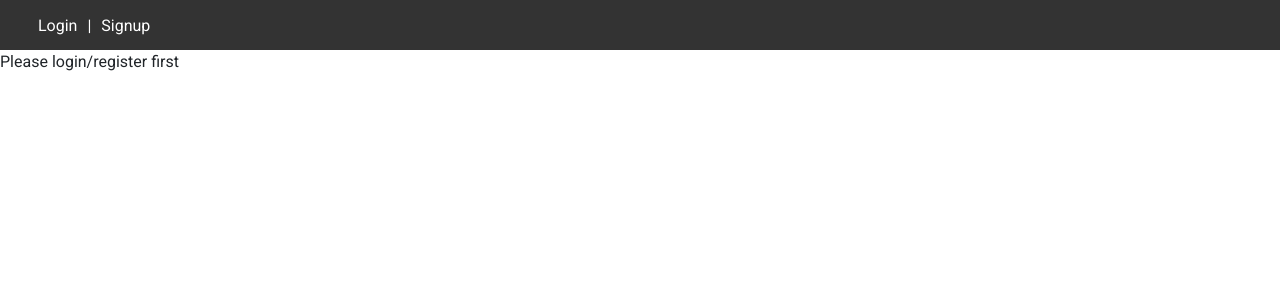
Repository: drumsmanku/task-manager
Page: / (app in client/)
An editor plug-in stored every save of this project. The page is shown before and after the next save, followed by the edit.
The browser window is 1280 px wide. The pictures show the whole page.
The page's requests for data from a server got no answer. The project was rebuilt for these pictures with package versions that can differ from the ones it lists, and the page was loaded fresh each time. No one was signed in, and anything a server would have sent is missing. Also part of the build but not shown: client/src/App.css, client/src/Components/AddTaskPopUp/AddTaskPopUp.module.css, client/src/Components/AddTaskPopUp/AddTaskPopUp.jsx, client/src/Components/EditTaskPopUp/EditTaskPopUp.module.css, client/src/Components/EditTaskPopUp/EditTaskPopUp.jsx, client/src/Components/MainPage/TaskList.jsx, client/src/Components/Register/Register.jsx, client/src/Components/Login/Login.jsx.

Above is the page before, as saved 2024-01-26 15:09:58.

### client/src/App.js
import './App.css';
import { BrowserRouter as Router, Route, Routes} from 'react-router-dom';
import 'bootstrap/dist/css/bootstrap.min.css';
import MainPage from './Components/MainPage/MainPage';
import Register from './Components/Register/Register';
import Login from './Components/Login/Login';

function App() {
  return (
    <Router>
        <Routes>
          <Route path='/' element={<MainPage/>}/>
          <Route path='/login' element={<Login/>}/>
          <Route path='/register' element={<Register/>}/>

        </Routes>
      </Router>
  );
}

export default App;

### client/src/Components/MainPage/MainPage.jsx
import React, {useState, useEffect} from 'react'
import styles from './MainPage.module.css'
import { useNavigate } from 'react-router-dom'
import Button from 'react-bootstrap/Button';
import AddTaskPopUp from '../AddTaskPopUp/AddTaskPopUp';
import axios from 'axios';
import TaskList from './TaskList';



function MainPage() {
  const navigate =useNavigate();
  const [isLoggedIn, setIsLoggedIn]=useState(false);
  const [task, setTask]=useState([])
  const [showAddModal, setShowAddModal] = useState(false);
  const [showButton, setShowButton]= useState(false);

  useEffect(()=>{
    const User=localStorage.getItem('user');
    if(User){
      setIsLoggedIn(true);
    }

  }, []);

  const handleLogin=()=>{
    navigate('/login');
  }
  const handleSignup=()=>{
    navigate('/register')
  }
  const handleLogout=()=>{
    localStorage.removeItem('user');
    setIsLoggedIn(false);

  }
  const handleAdd = () => {
    setShowAddModal(true);
  };

  const refreshTasks = () => {
    axios.get('http://localhost:4000/task/get-all')
      .then(res => setTask(res.data))
      .catch(err => console.error(err));
  };

  const handleDeleteTask = (taskId) => {
    const isConfirmed = window.confirm('Are you sure you want to delete?');
    if(isConfirmed) {
      axios.delete(`http://localhost:4000/task/delete/${taskId}`)
        .then(() => {
          console.log("Delete successful");
          refreshTasks(); // Refresh tasks after deletion
        })
        .catch(err => console.error(err));
    }
  };

  useEffect(() => {
    refreshTasks();
  }, [showAddModal]);
  return (
    <div className={styles.container}>
      <div style={{ display: "flex", flexDirection: "column", width: "100%" }}>
        <div className={styles.navbar}>
          <div className={styles.navBarContent}>
            <div>
              {isLoggedIn ? (
                <>
                  <button
                    className={styles.logoutButton}
                    onClick={handleLogout}
                  >
                    Logout
                  </button>
                </>
              ) : (
                <>
                  <button className={styles.loginButton} onClick={handleLogin}>
                    Login{" "}
                  </button>
                  &nbsp;|&nbsp;
                  <button
                    className={styles.signupButton}
                    onClick={handleSignup}
                  >
                    Signup
                  </button>
                </>
              )}
            </div>
          </div>
        </div>

        {isLoggedIn ? (
          <>
            <div className={styles.mainContent}>
              <div
                style={{
                  width: "100%",
                  textAlign: "center",
                  marginTop: "2rem",
                }}
              >
                <Button
                  style={{ width: "9rem", marginBottom:'2rem' }}
                  onClick={handleAdd}
                  variant="success"
                >
                  Create Task
                </Button>{" "}
              </div>

              {showAddModal && (
                <AddTaskPopUp
                  closeModal={() => setShowAddModal(false)}
                  showAddModal={showAddModal}
                />
              )}

              {task &&
                task.map((item, idx) => (
                  <TaskList
                    key={idx}
                    title={item.title}
                    description={item.description}
                    id={item.id}
                    onDelete={handleDeleteTask} // Pass the handleDeleteTask function
                    refreshTasks={refreshTasks} // Pass the refreshTasks function
                  />
                ))}
            </div>
          </>
        ) : (
          <>
            <p>Please login/register first</p>
          </>
        )}
      </div>
    </div>
  );
}

export default MainPage

### client/src/Components/MainPage/MainPage.module.css
@import url('https://fonts.googleapis.com/css2?family=DM+Sans&family=Roboto&display=swap');

body{
  font-family: 'Roboto';
}
.container{
  width: 100vw;
  height: 100vh;
  display: flex;
}

.navbar{
  width: 100%;
  background-color: #333;
  height: 7%;
}
.navBarContent{
  padding: 0.8rem 2rem 0.8rem 2rem ;
  display: flex;
  justify-content: space-between;
  color: white;
}
.logoutButton{
  background: none;
  border: none;
  outline: none ;
  color: white;
  font-size: medium;
  cursor: pointer;
  font-weight: 600;
}

.loginButton{
  background:none;
  color: white;
  font-size: medium;
  border: none;
  cursor: pointer;

}
.signupButton{
  background:none;
  color: white;
  font-size: medium;
  border: none;
  cursor: pointer;
}

.mainContent{
  display: flex;
  height: 100%;
  flex-direction: column;
  justify-content: flex-start;
  overflow: auto;

}

### client/src/Components/Register/Register.module.css
@import url('https://fonts.googleapis.com/css2?family=DM+Sans&family=Roboto&display=swap');

body{
  font-family: 'Roboto';
}

.container{
  height: 100vh;
  width: 100%;
  display: flex;
  flex-direction: column;

  align-items: center;
  justify-content: space-between;
}

.form{
  display: flex;
  flex-direction: column;
  border: 3px solid #D9D9D9;
  border-radius: 23.2px;
  width: 30%;

}
.inputContainer{
  display: flex;
  align-items: center;
  flex-direction: column;
}

.buttonStyles{
  width: 85%;
  background-color: #2E0052;
  border-radius: 8px;
  color: white;
  padding: 0.6rem 0 0.6rem 0;
  font-family: 'Roboto';
  font-weight: 500;
  font-size: medium;
}

.welcomeText{
  display: none;
}

.heading{
  display: flex;
  align-items: center;
  font-family: 'Roboto';
  color: #2E0052;
  font-weight: 500;
}
@media (max-width: 768px){
  .heading{
    background-color: #2E0052;
    width: 100%;
    height: 8%;
    display: flex;
    padding-left: 2rem;
    align-items: center;
    color: white;
    font-size: small;
    font-weight: 400;
  }
  .form{
    width: 80%;
  }
  .notLoggedInButton{
    width: 80%;
  }
  .wideLine{
    width: 5rem;
  }
  .newToMusic{
    margin:0 1.5rem 0 1rem;
  }
  hr {
    width: 4rem;
  }
  .welcomeText {
    display: block;
    font-weight: 500;
    width: 80%;
    text-align: start;
  }
  .inputContainer>h1{
    font-size: medium;
    font-weight: 500;
    padding-left: 1.5rem;
  }
  .alreadyCustomer{
    font-weight: 400;
    display: inline-block;
  }
  footer{
    margin-top: 1rem;
  }
}

### client/src/Components/Login/Login.module.css
@import url('https://fonts.googleapis.com/css2?family=DM+Sans&family=Roboto&display=swap');

body{
  font-family: 'Roboto';
}

.container{
  height: 100vh;
  width: 100%;
  display: flex;
  flex-direction: column;
  justify-content: space-between;
  align-items: center;
}

.form{
  display: flex;
  flex-direction: column;
  border: 3px solid #D9D9D9;
  border-radius: 23.2px;
  width: 30%;

}
.inputContainer{
  display: flex;
  align-items: center;
  flex-direction: column;
}

.buttonStyles{
  width: 85%;
  background-color: #2E0052;
  border-radius: 8px;
  color: white;
  padding: 0.6rem 0 0.6rem 0;
  font-family: 'Roboto';
  font-weight: 500;
  font-size: medium;
}
.notLoggedInButton{
  width: 30%;
  background:none;
  border: 2px solid #BDBDBD;
  border-radius: 8px;
  color: black;
  padding: 0.6rem 0 0.6rem 0;
  font-family: 'Roboto';
  font-weight: 500;
  font-size: medium;
  margin-top: 2rem;
  cursor: pointer;
}
.heading{
  display: flex;
  align-items: center;
  font-family: 'Roboto';
  color: #2E0052;
  font-weight: 500;
}
.newToMusic{
  margin:0 1.5rem 0 1.5rem;
}
.wideLine {
  height: 2px;
  width: 9rem;
  background-color: #BDBDBD;
  border: none;
}

.welcomeText{
  display: none;
}
.signInText{
  align-self: flex-start;
  padding-left: 2.2rem;
  font-weight: 500;
}
.alreadyCustomer{

  display: none;
}

.mainBody{
  width: 100%;
  display: flex;
  flex-direction: column;
  align-items: center;
  margin-bottom: 4rem;
}

@media (max-width: 768px){
  .heading{
    background-color: #2E0052;
    width: 100%;
    height: 8%;
    display: flex;
    padding-left: 2rem;
    align-items: center;
    color: white;
    font-size: small;
    font-weight: 400;
  }
  .form{
    width: 80%;
  }
  .notLoggedInButton{
    width: 80%;
  }
  .wideLine{
    width: 5rem;
  }
  .newToMusic{
    margin:0 1.5rem 0 1rem;
  }
  .wideLine{
    width: 4rem;
  }
  .welcomeText {
    display: block;
    font-weight: 500;
    width: 80%;
    text-align: start;
  }
  .inputContainer>h1{
    font-size: medium;
    font-weight: 500;
    padding-left: 1.5rem;
  }
  .alreadyCustomer{
    font-weight: 400;
    display: inline-block;
  }
}

Loaded but not shown: client/public/index.html (common file); client/src/index.js (common file); client/src/index.css (common file)

After the next save:
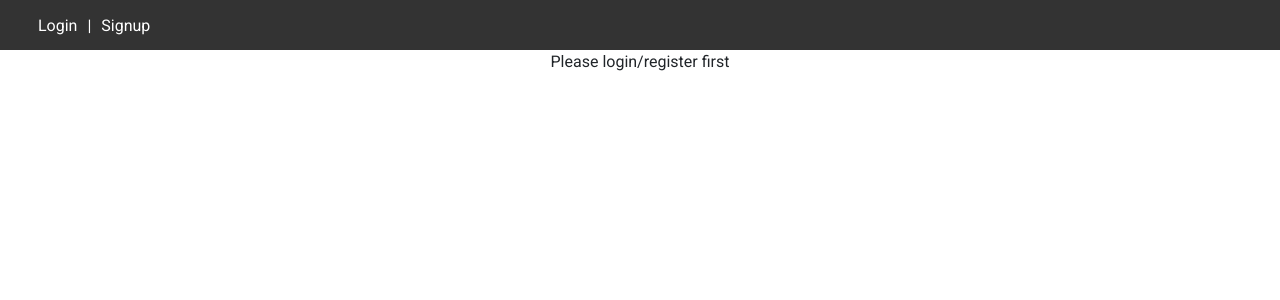
Saved 29 s later.
--- a/client/src/Components/MainPage/MainPage.jsx
+++ b/client/src/Components/MainPage/MainPage.jsx
@@ -133,7 +133,7 @@ function MainPage() {
           </>
         ) : (
           <>
-            <p>Please login/register first</p>
+            <p style={{textAlign:'center'}}>Please login/register first</p>
           </>
         )}
       </div>
